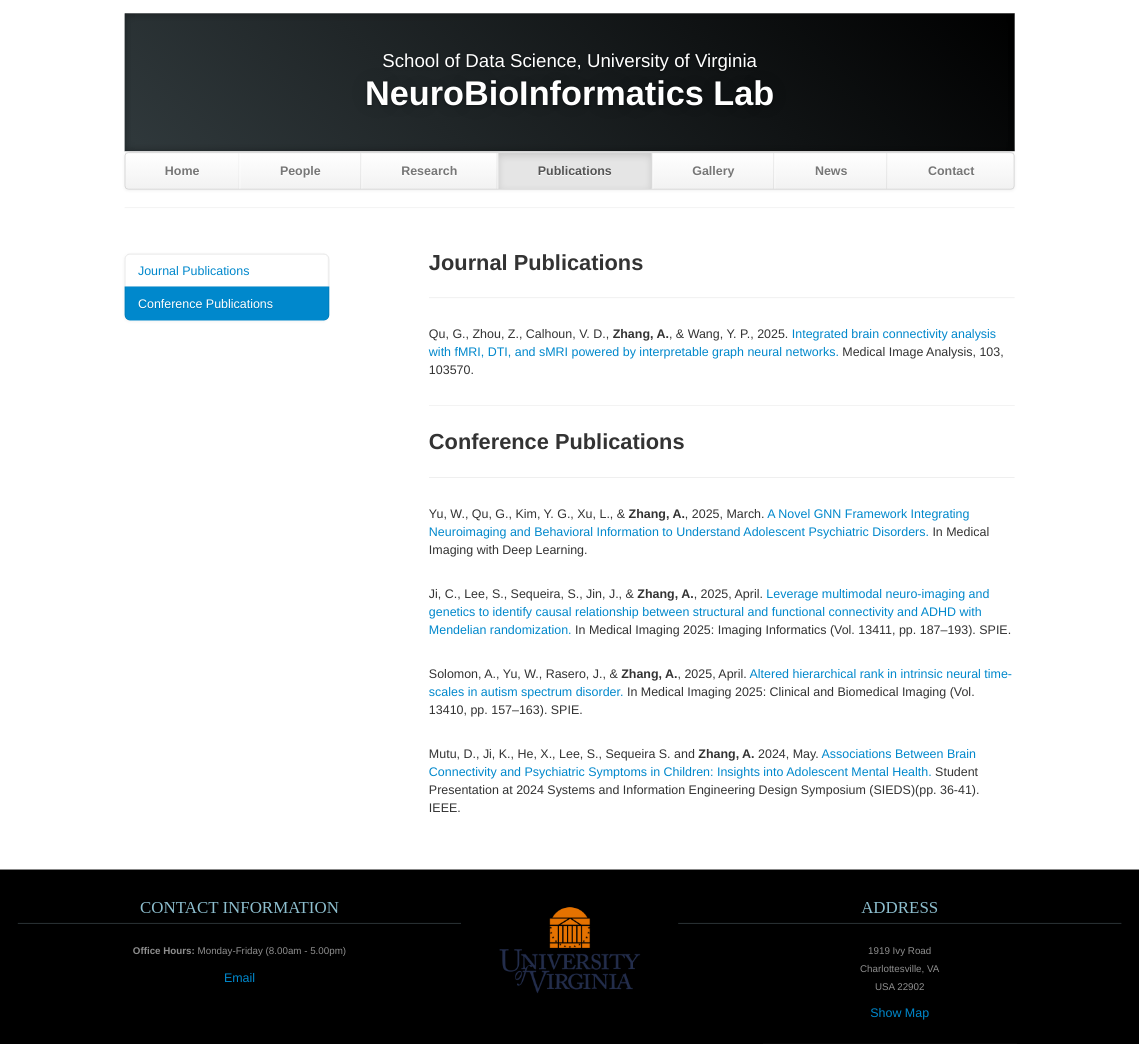
Repository: nbillab/nbillab.io
Page: publications.html
These files come from the project's save history. The page is drawn as it stood at one moment and after the next save; the edit follows.
The browser window is 1280 px wide. The pictures show the whole page, at 89% of full size.

Above is the page before, as saved 2025-09-01 12:26:01.

### publications.html
<!DOCTYPE html>
<html lang="en">
   <head>
      <meta charset="utf-8">
      <title>Publications</title>
      <meta name="viewport" content="width=device-width, initial-scale=1.0">
      <meta name="description" content="Research Lab, Home, Velit Aliquet Sagittis University">
      <meta name="author" content="">
      <!-- Le styles -->
      <link href="css/bootstrap.min.css" rel="stylesheet">
      <link href="css/bootstrap-responsive.min.css" rel="stylesheet">
      <link href="css/theme.css" rel="stylesheet">
   </head>
   <body>
      <div class="container">
         <header class="jumbotron subhead" id="overview">
            <p class="lead"> School of Data Science, University of Virginia </p>
            <h1>NeuroBioInformatics Lab</h1>
         </header>
         <div class="masthead">
            <div class="navbar">
               <div class="navbar-inner">
                  <div class="container">
                     <ul class="nav">
                        <li><a href="index.html">Home</a></li>
                        <li><a href="people.html">People</a></li>
                        <li><a href="research.html">Research</a></li>
                        <li class="active"><a href="#">Publications</a></li>
                        <li><a href="gallery.html">Gallery</a></li>
                        <li><a href="news.html">News</a></li>
                        <li><a href="contact.html">Contact</a></li>
                     </ul>
                  </div>
               </div>
            </div>
         </div>
         <hr>
         <div class="row-fluid">
            <div class="span3 bs-docs-sidebar" id="navparent">
               <ul class="nav nav-list bs-docs-sidenav" data-spy="affix" data-offset-top="200" data-offset-bottom="260">
                  <li><a href="#journal">Journal Publications</a></li>
                  <li><a href="#conference">Conference Publications</a></li>
               </ul>
            </div>
            <div class="span8 offset1">
               <section id="journal">
                  <div class="page-header">
                     <h3>Journal Publications</h3>
                  </div>
                  <div class="row-fluid">
                     <div class="span12">
                        <p>Qu, G., Zhou, Z., Calhoun, V. D., <strong>Zhang, A.</strong>, & Wang, Y. P., 2025. <a href="https://doi.org/10.1016/j.media.2024.103570">Integrated brain connectivity analysis with fMRI, DTI, and sMRI powered by interpretable graph neural networks.</a> Medical Image Analysis, 103, 103570.</p>
                     </div>
                  </div>
               </section>
               <hr>
               <section id="conference">
                  <div class="page-header">
                     <h3>Conference Publications</h3>
                  </div>
                  <div class="row-fluid">
                     <div class="span12">
                        <p>Yu, W., Qu, G., Kim, Y. G., Xu, L., & <strong>Zhang, A.</strong>, 2025, March. <a href="https://www.midl.io/">A Novel GNN Framework Integrating Neuroimaging and Behavioral Information to Understand Adolescent Psychiatric Disorders.</a> In Medical Imaging with Deep Learning.</p>
                        <br/>
                        <p>Ji, C., Lee, S., Sequeira, S., Jin, J., & <strong>Zhang, A.</strong>, 2025, April. <a href="https://www.spiedigitallibrary.org/conference-proceedings-of-spie/13411/187">Leverage multimodal neuro-imaging and genetics to identify causal relationship between structural and functional connectivity and ADHD with Mendelian randomization.</a> In Medical Imaging 2025: Imaging Informatics (Vol. 13411, pp. 187–193). SPIE.</p>
                        <br/>
                        <p>Solomon, A., Yu, W., Rasero, J., & <strong>Zhang, A.</strong>, 2025, April. <a href="https://www.spiedigitallibrary.org/conference-proceedings-of-spie/13410/157">Altered hierarchical rank in intrinsic neural time-scales in autism spectrum disorder.</a> In Medical Imaging 2025: Clinical and Biomedical Imaging (Vol. 13410, pp. 157–163). SPIE.</p>
                        <br/>
                        <p>Mutu, D., Ji, K., He, X., Lee, S., Sequeira S. and <strong>Zhang, A.</strong> 2024, May. <a href="https://ieeexplore.ieee.org/abstract/document/10534743">Associations Between Brain Connectivity and Psychiatric Symptoms in Children: Insights into Adolescent Mental Health.</a> Student Presentation at 2024 Systems and Information Engineering Design Symposium (SIEDS)(pp. 36-41). IEEE.</p>
                     </div>
                  </div>
               </section>
            </div>
         </div>
      </div>
      <footer id="footer">
         <div class="container-fluid">
            <div class="row-fluid">
               <div class="span5">
                  <h3>Contact Information</h3>
                  <p><b>Office Hours: </b>Monday-Friday (8.00am - 5.00pm)</p>
                  <a href="mailto:xsa5db@virginia.edu">Email</a>
               </div>
               <div class="span2">
                  <a href="https://datascience.virginia.edu/"><img src = "images/UVA.png" alt="research-lab-logo"/></a>
               </div>
               <div class="span5">
                  <h3>Address</h3>
                  <p>1919 Ivy Road<br>
                     Charlottesville, VA<br>
                     USA 22902
                  </p>
                  <a href="http://maps.google.com/">Show Map</a>
               </div>
            </div>
         </div>
      </footer>

      <!-- Le javascript
         ================================================== -->
      <!-- Placed at the end of the document so the pages load faster -->
      <script src="js/jquery-1.9.1.min.js"></script>
      <script src="js/bootstrap.min.js"></script>
      <script>
         $(document).ready(function() {
             $(document.body).scrollspy({
                 target: "#navparent"
             });
         });

      </script>
   </body>
</html>

### css/theme.css
body {
	padding-top: 15px;
	padding-bottom: 0px;
}


/* Custom container */

.container {
	margin: 0 auto;
	max-width: 1000px;
}

.container>hr {
	margin: 20px 0
}


/* Customize the navbar links to be fill the entire space of the .navbar */

.navbar .navbar-inner {
	padding: 0
}

.navbar .nav {
	margin: 0;
	display: table;
	width: 100%;
}

.navbar .nav li {
	display: table-cell;
	width: 1%;
	float: none;
}

.navbar .nav li a {
	font-weight: bold;
	text-align: center;
	border-left: 1px solid rgba(255, 255, 255, .75);
	border-right: 1px solid rgba(0, 0, 0, .1);
}

.navbar .nav li:first-child a {
	border-left: 0;
	border-radius: 3px 0 0 3px;
}

.navbar .nav li:last-child a {
	border-right: 0;
	border-radius: 0 3px 3px 0;
}

body>.navbar {
	font-size: 13px
}


/* Change the docs' brand */

body>.navbar .brand {
	padding-right: 0;
	padding-left: 0;
	margin-left: 20px;
	float: right;
	font-weight: bold;
	color: #000;
	text-shadow: 0 1px 0 rgba(255, 255, 255, .1), 0 0 30px rgba(255, 255, 255, .125);
	-webkit-transition: all .2s linear;
	-moz-transition: all .2s linear;
	transition: all .2s linear;
}

body>.navbar .brand:hover {
	text-decoration: none;
	text-shadow: 0 1px 0 rgba(255, 255, 255, .1), 0 0 30px rgba(255, 255, 255, .4);
}


/* Sidenav for Docs
         -------------------------------------------------- */

@media screen and (max-width: 768px) {
	.bs-docs-sidenav {
		display: none !important;
	}
}

.bs-docs-sidenav {
	width: 228px;
	margin: 30px 0 0;
	padding: 0;
	background-color: #fff;
	-webkit-border-radius: 6px;
	-moz-border-radius: 6px;
	border-radius: 6px;
	-webkit-box-shadow: 0 1px 4px rgba(0, 0, 0, .065);
	-moz-box-shadow: 0 1px 4px rgba(0, 0, 0, .065);
	box-shadow: 0 1px 4px rgba(0, 0, 0, .065);
}

.bs-docs-sidenav>li>a {
	display: block;
	width: 200px;
	margin: 0 0 -1px;
	padding: 8px 14px;
	border: 1px solid #e5e5e5;
}

.bs-docs-sidenav>li>a.subhead {
	display: block;
	width: 168px;
	margin: 0 0 -1px;
	padding: 8px 30px;
	border: 1px solid #e5e5e5;
	font-size: 12px;
}

.bs-docs-sidenav>li:first-child>a {
	-webkit-border-radius: 6px 6px 0 0;
	-moz-border-radius: 6px 6px 0 0;
	border-radius: 6px 6px 0 0;
}

.bs-docs-sidenav>li:last-child>a {
	-webkit-border-radius: 0 0 6px 6px;
	-moz-border-radius: 0 0 6px 6px;
	border-radius: 0 0 6px 6px;
}

.bs-docs-sidenav>.active>a {
	position: relative;
	z-index: 2;
	padding: 9px 15px;
	border: 0;
	text-shadow: 0 1px 0 rgba(0, 0, 0, .15);
	-webkit-box-shadow: inset 1px 0 0 rgba(0, 0, 0, .1), inset -1px 0 0 rgba(0, 0, 0, .1);
	-moz-box-shadow: inset 1px 0 0 rgba(0, 0, 0, .1), inset -1px 0 0 rgba(0, 0, 0, .1);
	box-shadow: inset 1px 0 0 rgba(0, 0, 0, .1), inset -1px 0 0 rgba(0, 0, 0, .1);
}

.bs-docs-sidenav>li>a:hover {
	background-color: #f5f5f5
}

.bs-docs-sidenav a:hover .icon-chevron-right {
	opacity: .5
}

.bs-docs-sidenav.affix {
	top: 10px
}

.bs-docs-sidenav.affix-bottom {
	position: absolute;
	top: auto;
	bottom: 270px;
}


/* Responsive
         -------------------------------------------------- */

.affix {
	top: 0px
}

#media {
	margin-top: 70px
}

#media .header {
	margin-left: 0;
	margin-bottom: 56px;
	margin-top: 30px;
}

#media .post_row {
	margin-left: 0;
	margin-bottom: 40px;
}

#media .lastpost_row {
	margin-bottom: 0
}

#media .post_row .post {
	background: #fff;
	/*margin-left: 0;;
    margin-right: 20px;*/
	border-radius: 4px;
	box-shadow: 1px 1px 2px 0px #E0E0E0;
	width: 487px;
	height: 616px;
}

#media .post_row .last {
	margin-right: 0
}

#media .post_row .post .img {
	position: relative;
	text-align: center;
}

#media .post_row .post .img .date {
	background: #E8554E;
	position: absolute;
	padding: 2px 5px;
	top: 0;
	left: 11px;
}

#media .post_row .post .img .date p {
	color: #fff;
	font-size: 14px;
	font-weight: bold;
	font-style: italic;
	margin: 0;
}

#media .post_row .post .img img {
	height: 275px;
	width: 410px;
}

#media .post_row .post .text {
	margin: 18px auto 0;
	width: 83%;
}

#media .post_row .post .text h5 {
	margin: 0 0 8px 0;
	font-size: 20px;
	line-height: 23px;
}

#media .post_row .post .text h5 a {
	color: #333
}

#media .post_row .post .text span.date {
	color: #9F9F9F;
	display: block;
	margin-bottom: 12px;
	font-style: italic;
	font-size: 13px;
}

#media .post_row .post .text p {
	margin: 0;
	line-height: 21px;
	font-size: 14px;
}

#media .post_row .post .author_box {
	margin: 12px auto 20px;
	border-top: 1px solid #EDEDED;
	overflow: hidden;
	text-align: left;
	width: 85%;
	padding-top: 12px;
}

#media .post_row .post .author_box h6 {
	margin: 0 0 3px 0;
	font-size: 13px;
	line-height: 15px;
	font-style: italic;
	font-weight: normal;
	color: #B2B2B2;
}

#media .post_row .post .author_box p {
	color: #B2B2B2;
	font-style: italic;
	font-size: 13px;
	line-height: 14px;
	margin: 0;
}

#media .post_row .post .author_box img {
	float: right
}

#media .post_row .post a.plus_wrapper {
	width: 99%;
	text-align: center;
	background: #fff;
	display: none;
	border-radius: 0px 0px 4px 4px;
	padding: 6px 0px 2px;
	margin: 0 auto 1px;
}

#media .post_row .post a.plus_wrapper span {
	color: #1189D9;
	font-size: 30px;
	font-weight: bold;
}

#media .post_row .post:hover a.plus_wrapper {
	display: block
}

#media .post_row .post:hover {
	box-shadow: 0px 1px 5px 1px rgb(216, 216, 216)
}

#media .post_row .post:hover .text h5 a {
	color: #1189D9
}

.map .box_wrapp {
	position: absolute;
	margin: 15px auto;
	box-shadow: 0 0 7px 0 rgba(26, 26, 26, 0.4);
	padding: 30px 0 30px;
	background: white;
	border-radius: 4px;
	margin-top: 25px;
}

.map .box_wrapp .box_cont {
	margin: 30px auto;
	width: 76%;
}

.section-header {
	text-align: center;
	margin-bottom: 35px;
}

.section-header h1,
.title-text {
	font-weight: bold;
	font-size: 30px;
	margin: 12.5px 0;
	font-weight: 100;
	margin-bottom: 25px;
	line-height: 55px;
}

.feature-item:hover {
	box-shadow: 0px 1px 5px 1px rgb(216, 216, 216)
}

.feature-item img {
	margin-left: 15px;
	margin-right: 15px;
	max-width: 90%;
	height: 200px;
}

.feature-item h5 {
	margin-left: 15px;
	margin-right: 15px;
	margin-top: 20px;
	margin-bottom: 20px;
}

.feature-item p {
	margin-left: 15px;
	margin-right: 15px;
}

.feature-heading {
	margin-top: 20px;
	margin-bottom: 20px;
	margin-left: 15px;
	margin-right: 15px;
}

.feature-heading a:hover {
	text-decoration: none;
}

.feature-button {
	font-size: 16px;
	background-image: none;
	box-shadow: none;
	margin-bottom: 10px;
}

.centered {
	text-align: center;
}

.subhead {
	text-align: left;
	border-bottom: 1px solid #ddd;
}

.jumbotron {
	position: relative;
	padding: 45px 0px 35px 0px;
	color: #fff;
	text-align: center;
	text-shadow: 0 1px 3px rgba(0, 0, 0, .4), 0 0 30px rgba(0, 0, 0, .075);
	background: #30393C;
	background: -moz-linear-gradient(45deg, #30393C 0%, #000000 100%);
	background: -webkit-gradient(linear, left bottom, right top, color-stop(0%, #30393C), color-stop(100%, #30393C));
	background: -webkit-linear-gradient(45deg, #30393C 0%, #000000 100%);
	background: -o-linear-gradient(45deg, #30393C 0%, #000000 100%);
	background: -ms-linear-gradient(45deg, #30393C 0%, #000000 100%);
	background: linear-gradient(45deg, #30393C 0%, #000000 100%) repeat;
	-webkit-box-shadow: inset 0 3px 7px rgba(0, 0, 0, .2), inset 0 -3px 7px rgba(0, 0, 0, .2);
	-moz-box-shadow: inset 0 3px 7px rgba(0, 0, 0, .2), inset 0 -3px 7px rgba(0, 0, 0, .2);
	box-shadow: inset 0 3px 7px rgba(0, 0, 0, .2), inset 0 -3px 7px rgba(0, 0, 0, .2);
}

.jumbotron:after {
	content: '';
	display: block;
	position: absolute;
	top: 0;
	right: 0;
	bottom: 0;
	left: 0;
	opacity: .4;
}

.lead {
	margin-bottom: 0px;
	font-size: 21px;
	font-weight: 200;
	line-height: 15px;
}

img.float-left {
	float: left;
	margin-top: 9px;
	margin-left: 0px;
	margin-right: 30px;
	margin-bottom: 12px;
}

img.float-right {
	float: right;
	margin-top: 9px;
	margin-right: 0px;
	margin-bottom: 12px;
	margin-left: 30px;
}

img.publications-thumb {
	width: 142px;
	height: 188px;
}

.caption {
	margin: 10px;
}

.responsive-video {
	position: relative;
	padding-bottom: 56.25%;
	padding-top: 60px;
	overflow: hidden;
}

.responsive-video iframe,
.responsive-video object,
.responsive-video embed {
	position: absolute;
	top: 0;
	left: 0;
	width: 93.5%;
	height: 93.5%;
}

.video-caption {
	margin: 10px;
}

.accordion {
	margin-bottom: 20px;
	margin-right: 40px;
}

.thumbnail>img.sponsor {
	width: 212px;
	height: 150px;
}

img.carousel-image {
	width: 100%;
}

li.publication {
	margin-bottom: 20px;
}

.page-header h3 a:hover {
	text-decoration: none;
}

iframe.map-frame {
	border: none;
	overflow: hidden;
	margin-top: 10px;
	margin-bottom: 10px;
	margin-left: 0px;
	margin-right: 0px;
	height: 550px;
	width: 100%;
}

ul.sponsors {
	margin-top: 40px;
	margin-bottom: 40px;
}

#footer {
	z-index: 10;
	margin-top: 50px;
	margin-bottom: 0px;
	padding-bottom: 25px;
	border-top-width: 8px;
	border-top-style: solid;
	border-top-color: #2F2F2F;
	background-color: #000000;
	border: 0;
	font-size: 100%;
	font: inherit;
	vertical-align: baseline;
	text-align: center;
}

#footer h3 {
	font-size: 19px;
	text-transform: uppercase;
	font-family: BebasNeueRegular;
	color: #8DBECE;
	border-bottom-width: 1px;
	border-bottom-style: solid;
	border-bottom-color: #30393C;
	line-height: 35px;
	margin-bottom: 20px;
	margin-top: 25px;
	font-weight: normal;
}

#footer a img {
	margin-top: 40px;
}

#footer p,
#footer address {
	color: #8F8F8F;
	font-size: 11px;
}

Loaded but not shown: css/bootstrap.min.css (library); css/bootstrap-responsive.min.css (library); js/jquery-1.9.1.min.js (library); js/bootstrap.min.js (library)

After the next save:
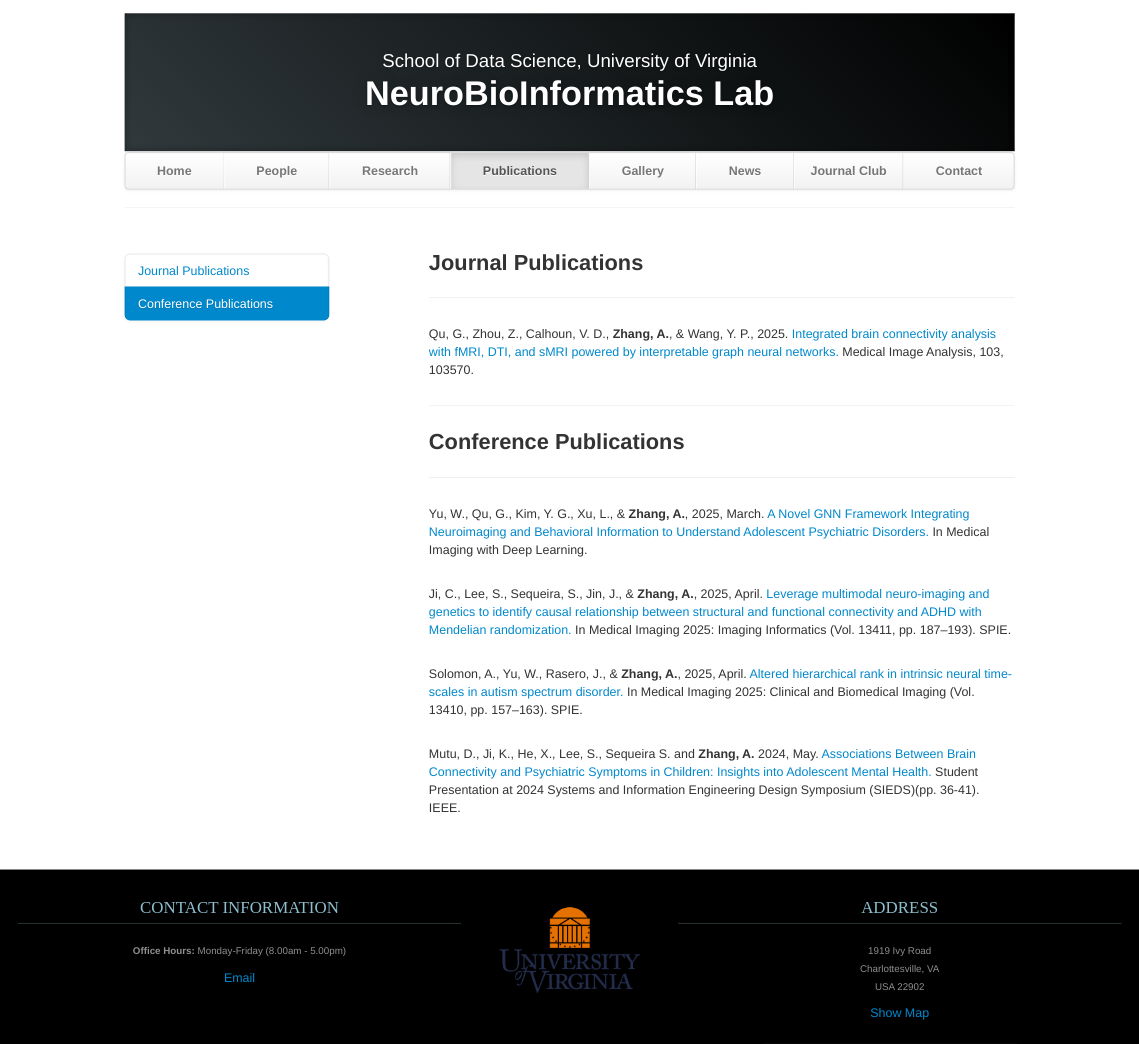
Saved 16 s later.
--- a/publications.html
+++ b/publications.html
@@ -28,6 +28,7 @@
                         <li class="active"><a href="#">Publications</a></li>
                         <li><a href="gallery.html">Gallery</a></li>
                         <li><a href="news.html">News</a></li>
+                        <li><a href="journalclub.html">Journal Club</a></li>
                         <li><a href="contact.html">Contact</a></li>
                      </ul>
                   </div>
